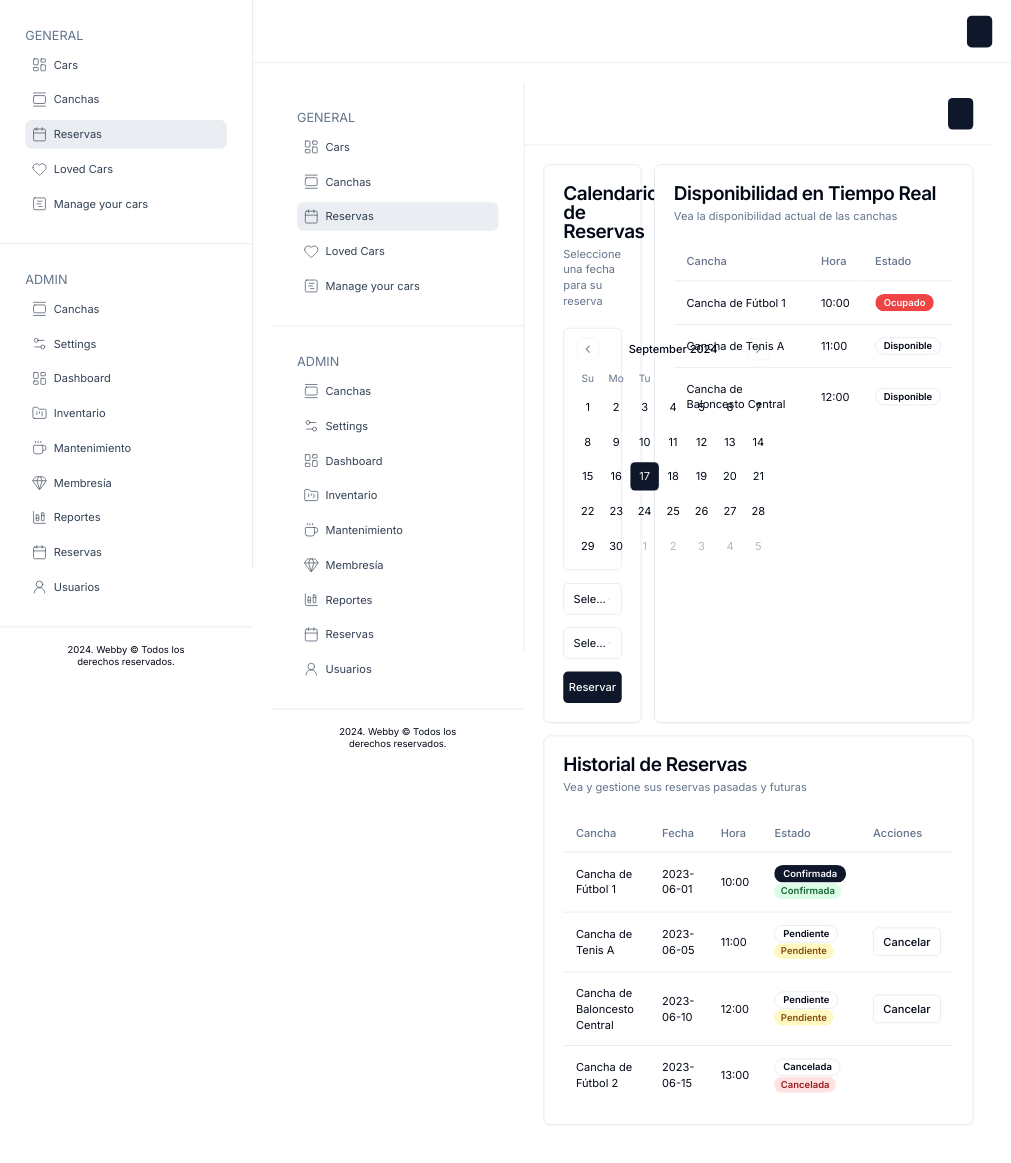
Repository: Jackson-sch/cdeporte
Page: /reservas
An editor plug-in stored every save of this project. The page is shown before and after a run of saves, followed by the edit.
The browser window is 1280 px wide. The pictures show the whole page, at 79% of full size.
The project was rebuilt for these pictures with package versions that can differ from the ones it lists, and the page was loaded fresh each time. The framework's server and built-in components were replaced by stand-ins that run in the browser. Also part of the build but not shown: next.config.mjs, src/components/ui/label.jsx, src/components/ui/input.jsx, src/components/Reservas/HistorialReserva.jsx.

Above is the page before, as saved 2024-09-17 20:17:51.

### src/app/layout.jsx
import { Inter } from "next/font/google";
import "./globals.css";
import { Toaster } from "@/components/ui/toaster";

const inter = Inter({ subsets: ["latin"] });

export const metadata = {
  title: "Create Next App",
  description: "Generated by create next app",
};

export default function RootLayout({ children }) {
  return (
    <html lang="en">
      <body className={inter.className}>
        {children}
        <Toaster />
        </body>
    </html>
  );
}

### src/app/(routes)/layout.jsx
import { NavbarDashboard } from "@/components/NavbarDashboard/NavbarDashboard";
import { Sidebar } from "@/components/Sidebar/Sidebar";




export default function LayoutDashboard({ children }) {
  return (
    <div className="flex w-full h-full">
      <div className="hidden h-full xl:block w-80 xl:fixed">
        <Sidebar />
      </div>
      <div className="w-full h-full xl:ml-80">
        <NavbarDashboard />
        <div className="p-6 h-max container">{children}</div>
      </div>
    </div>
  );
}

### src/app/(routes)/(cliente)/layout.jsx
import { NavbarDashboard } from "@/components/NavbarDashboard/NavbarDashboard";
import { Sidebar } from "@/components/Sidebar/Sidebar";




export default function LayoutDashboard({ children }) {
  return (
    <div className="flex w-full h-full">
      <div className="hidden h-full xl:block w-80 xl:fixed">
        <Sidebar />
      </div>
      <div className="w-full h-full xl:ml-80">
        <NavbarDashboard />
        <div className="p-6 h-max container">{children}</div>
      </div>
    </div>
  );
}

### src/components/ui/toaster.jsx
"use client"

import {
  Toast,
  ToastClose,
  ToastDescription,
  ToastProvider,
  ToastTitle,
  ToastViewport,
} from "@/components/ui/toast"
import { useToast } from "@/components/ui/use-toast"

export function Toaster() {
  const { toasts } = useToast()

  return (
    (<ToastProvider>
      {toasts.map(function ({ id, title, description, action, ...props }) {
        return (
          (<Toast key={id} {...props}>
            <div className="grid gap-1">
              {title && <ToastTitle>{title}</ToastTitle>}
              {description && (
                <ToastDescription>{description}</ToastDescription>
              )}
            </div>
            {action}
            <ToastClose />
          </Toast>)
        );
      })}
      <ToastViewport />
    </ToastProvider>)
  );
}

### src/components/NavbarDashboard/NavbarDashboard.jsx
import { Sheet, SheetContent, SheetTrigger } from "@/components/ui/sheet";
import {Button } from "@/components/ui/button";
import { Menu } from "lucide-react";
import { SidebarRoutes } from "../SidebarRoutes/SidebarRoutes";



export function NavbarDashboard() {
  return (
    <nav className="flex items-center justify-between w-full h-20 px-2 border-b gap-x-4 md:px-6 bg-background">
      <div className="block xl:hidden">
        <Sheet>
          <SheetTrigger className="flex items-center">
            <Menu />
          </SheetTrigger>
          <SheetContent side="left">
            <SidebarRoutes />
          </SheetContent>
        </Sheet>
      </div>
      <div className="flex items-center justify-end w-full gap-x-2">
        <Button />
      </div>
    </nav>
  );
}

### src/components/Sidebar/Sidebar.jsx
import { SidebarRoutes } from "../SidebarRoutes/SidebarRoutes";


export function Sidebar() {
  return (
    <div className="h-screen">
      <div className="flex flex-col h-full border-r">
        <SidebarRoutes />
      </div>
    </div>
  );
}

### src/components/ui/card.jsx
import * as React from "react"

import { cn } from "@/lib/utils"

const Card = React.forwardRef(({ className, ...props }, ref) => (
  <div
    ref={ref}
    className={cn("rounded-lg border bg-card text-card-foreground shadow-sm", className)}
    {...props} />
))
Card.displayName = "Card"

const CardHeader = React.forwardRef(({ className, ...props }, ref) => (
  <div
    ref={ref}
    className={cn("flex flex-col space-y-1.5 p-6", className)}
    {...props} />
))
CardHeader.displayName = "CardHeader"

const CardTitle = React.forwardRef(({ className, ...props }, ref) => (
  <h3
    ref={ref}
    className={cn("text-2xl font-semibold leading-none tracking-tight", className)}
    {...props} />
))
CardTitle.displayName = "CardTitle"

const CardDescription = React.forwardRef(({ className, ...props }, ref) => (
  <p
    ref={ref}
    className={cn("text-sm text-muted-foreground", className)}
    {...props} />
))
CardDescription.displayName = "CardDescription"

const CardContent = React.forwardRef(({ className, ...props }, ref) => (
  <div ref={ref} className={cn("p-6 pt-0", className)} {...props} />
))
CardContent.displayName = "CardContent"

const CardFooter = React.forwardRef(({ className, ...props }, ref) => (
  <div
    ref={ref}
    className={cn("flex items-center p-6 pt-0", className)}
    {...props} />
))
CardFooter.displayName = "CardFooter"

export { Card, CardHeader, CardFooter, CardTitle, CardDescription, CardContent }

### src/components/ui/button.jsx
import * as React from "react"
import { Slot } from "@radix-ui/react-slot"
import { cva } from "class-variance-authority";

import { cn } from "@/lib/utils"

const buttonVariants = cva(
  "inline-flex items-center justify-center whitespace-nowrap rounded-md text-sm font-medium ring-offset-background transition-colors focus-visible:outline-none focus-visible:ring-2 focus-visible:ring-ring focus-visible:ring-offset-2 disabled:pointer-events-none disabled:opacity-50",
  {
    variants: {
      variant: {
        default: "bg-primary text-primary-foreground hover:bg-primary/90",
        destructive:
          "bg-destructive text-destructive-foreground hover:bg-destructive/90",
        outline:
          "border border-input bg-background hover:bg-accent hover:text-accent-foreground",
        secondary:
          "bg-secondary text-secondary-foreground hover:bg-secondary/80",
        ghost: "hover:bg-accent hover:text-accent-foreground",
        link: "text-primary underline-offset-4 hover:underline",
      },
      size: {
        default: "h-10 px-4 py-2",
        sm: "h-9 rounded-md px-3",
        lg: "h-11 rounded-md px-8",
        icon: "h-10 w-10",
      },
    },
    defaultVariants: {
      variant: "default",
      size: "default",
    },
  }
)

const Button = React.forwardRef(({ className, variant, size, asChild = false, ...props }, ref) => {
  const Comp = asChild ? Slot : "button"
  return (
    (<Comp
      className={cn(buttonVariants({ variant, size, className }))}
      ref={ref}
      {...props} />)
  );
})
Button.displayName = "Button"

export { Button, buttonVariants }

### src/components/Reservas/RealTimeAvailability.jsx
'use client'
import React, { useState, useEffect } from 'react'
import { Card, CardHeader, CardTitle, CardDescription, CardContent } from "@/components/ui/card"
import { Table, TableBody, TableCell, TableHead, TableHeader, TableRow } from "@/components/ui/table"
import { Badge } from "@/components/ui/badge"

export default function RealTimeAvailability() {
  const [availability, setAvailability] = useState([])

  useEffect(() => {
    // Simulación de actualización en tiempo real
    const interval = setInterval(() => {
      const newAvailability = [
        { id: 1, court: "Cancha de Fútbol 1", time: "10:00", status: Math.random() > 0.5 ? "Disponible" : "Ocupado" },
        { id: 2, court: "Cancha de Tenis A", time: "11:00", status: Math.random() > 0.5 ? "Disponible" : "Ocupado" },
        { id: 3, court: "Cancha de Baloncesto Central", time: "12:00", status: Math.random() > 0.5 ? "Disponible" : "Ocupado" },
      ]
      setAvailability(newAvailability)
    }, 5000) // Actualiza cada 5 segundos

    return () => clearInterval(interval)
  }, [])

  return (
    <Card className="w-full h-full">
      <CardHeader>
        <CardTitle>Disponibilidad en Tiempo Real</CardTitle>
        <CardDescription>Vea la disponibilidad actual de las canchas</CardDescription>
      </CardHeader>
      <CardContent>
        <Table>
          <TableHeader>
            <TableRow>
              <TableHead>Cancha</TableHead>
              <TableHead>Hora</TableHead>
              <TableHead>Estado</TableHead>
            </TableRow>
          </TableHeader>
          <TableBody>
            {availability.map((item) => (
              <TableRow key={item.id}>
                <TableCell>{item.court}</TableCell>
                <TableCell>{item.time}</TableCell>
                <TableCell>
                  <Badge variant={item.status === "Disponible" ? "success" : "destructive"}>
                    {item.status}
                  </Badge>
                </TableCell>
              </TableRow>
            ))}
          </TableBody>
        </Table>
      </CardContent>
    </Card>
  )
}

### src/components/Reservas/ReservationHistory.jsx
"0use client";
import React, { useState } from "react";
import {
  Card,
  CardHeader,
  CardTitle,
  CardDescription,
  CardContent,
} from "@/components/ui/card";
import {
  Table,
  TableBody,
  TableCell,
  TableHead,
  TableHeader,
  TableRow,
} from "@/components/ui/table";
import { Button } from "@/components/ui/button";
import {
  Dialog,
  DialogTrigger,
  DialogContent,
  DialogHeader,
  DialogTitle,
  DialogDescription,
  DialogFooter,
} from "@/components/ui/dialog";
import { Badge } from "../ui/badge";

export default function ReservationHistory() {
  const [reservations, setReservations] = useState([
    {
      id: 1,
      court: "Cancha de Fútbol 1",
      date: "2023-06-01",
      time: "10:00",
      status: "Confirmada",
    },
    {
      id: 2,
      court: "Cancha de Tenis A",
      date: "2023-06-05",
      time: "11:00",
      status: "Pendiente",
    },
    {
      id: 3,
      court: "Cancha de Baloncesto Central",
      date: "2023-06-10",
      time: "12:00",
      status: "Pendiente",
    },
    {
      id: 4,
      court: "Cancha de Fútbol 2",
      date: "2023-06-15",
      time: "13:00",
      status: "Cancelada",
    },
  ]);

  const [selectedReservation, setSelectedReservation] = useState(null);
  const [isDialogOpen, setIsDialogOpen] = useState(false);

  const handleCancel = (id) => {
    setReservations(
      reservations.map((res) =>
        res.id === id ? { ...res, status: "Cancelada" } : res
      )
    );
    setIsDialogOpen(false);
  };

  return (
    <Card className="w-full">
      <CardHeader>
        <CardTitle>Historial de Reservas</CardTitle>
        <CardDescription>
          Vea y gestione sus reservas pasadas y futuras
        </CardDescription>
      </CardHeader>
      <CardContent>
        <Table>
          <TableHeader>
            <TableRow>
              <TableHead>Cancha</TableHead>
              <TableHead>Fecha</TableHead>
              <TableHead>Hora</TableHead>
              <TableHead>Estado</TableHead>
              <TableHead>Acciones</TableHead>
            </TableRow>
          </TableHeader>
          <TableBody>
            {reservations.map((reservation) => (
              <TableRow key={reservation.id}>
                <TableCell>{reservation.court}</TableCell>
                <TableCell>{reservation.date}</TableCell>
                <TableCell>{reservation.time}</TableCell>
                <TableCell>
                  <Badge
                    variant={
                      reservation.status === "Confirmada"
                        ? "default"
                        : reservation.status === "Cancelada"
                        ? "error"
                        : "warning"
                    }
                  >
                    {reservation.status}
                  </Badge>
                  <span
                    className={`px-2 inline-flex text-xs leading-5 font-semibold rounded-full
                    ${
                      reservation.status === "Confirmada"
                        ? "bg-green-100 text-green-800"
                        : reservation.status === "Cancelada"
                        ? "bg-red-100 text-red-800"
                        : "bg-yellow-100 text-yellow-800"
                    }`}
                  >
                    {reservation.status}
                  </span>
                </TableCell>
                <TableCell>
                  {reservation.status === "Pendiente" && (
                    <Dialog open={isDialogOpen} onOpenChange={setIsDialogOpen}>
                      <DialogTrigger asChild>
                        <Button
                          variant="outline"
                          size="sm"
                          onClick={() => setSelectedReservation(reservation)}
                        >
                          Cancelar
                        </Button>
                      </DialogTrigger>
                      <DialogContent>
                        <DialogHeader>
                          <DialogTitle>Confirmar Cancelación</DialogTitle>
                          <DialogDescription>
                            ¿Está seguro que desea cancelar esta reserva?
                          </DialogDescription>
                        </DialogHeader>
                        <DialogFooter>
                          <Button
                            variant="outline"
                            onClick={() => setIsDialogOpen(false)}
                          >
                            No, mantener reserva
                          </Button>
                          <Button
                            variant="destructive"
                            onClick={() => handleCancel(selectedReservation.id)}
                          >
                            Sí, cancelar reserva
                          </Button>
                        </DialogFooter>
                      </DialogContent>
                    </Dialog>
                  )}
                </TableCell>
              </TableRow>
            ))}
          </TableBody>
        </Table>
      </CardContent>
    </Card>
  );
}

### src/components/SidebarRoutes/SidebarRoutes.jsx
"use client";

import { Separator } from "@/components/ui/separator";
import { dataAdminSidebar, dataGeneralSidebar } from "./SidebarRoute.data";
import { SidebarItem } from "./SidebarItem/SidebarItem";



export function SidebarRoutes() {

  return (
    <div className="flex flex-col justify-between h-full">
      <div>
        <div className="p-4 md:p-8">
          <p className="mb-2 text-slate-500">GENERAL</p>
          {dataGeneralSidebar.map((item) => (
            <SidebarItem key={item.label} item={item} />
          ))}
        </div>

        <Separator />

          <div className="p-4 md:p-8">
            <p className="mb-2 text-slate-500">ADMIN</p>
            {dataAdminSidebar.map((item) => (
              <SidebarItem key={item.label} item={item} />
            ))}
          </div>
      </div>

      <div>
        <Separator />

        <footer className="px-6 py-2 mt-3 text-center text-xs text-pretty">
          2024. Webby © Todos los derechos reservados.
        </footer>
      </div>
    </div>
  );
}

### src/components/ui/table.jsx
import * as React from "react"

import { cn } from "@/lib/utils"

const Table = React.forwardRef(({ className, ...props }, ref) => (
  <div className="relative w-full overflow-auto">
    <table
      ref={ref}
      className={cn("w-full caption-bottom text-sm", className)}
      {...props} />
  </div>
))
Table.displayName = "Table"

const TableHeader = React.forwardRef(({ className, ...props }, ref) => (
  <thead ref={ref} className={cn("[&_tr]:border-b", className)} {...props} />
))
TableHeader.displayName = "TableHeader"

const TableBody = React.forwardRef(({ className, ...props }, ref) => (
  <tbody
    ref={ref}
    className={cn("[&_tr:last-child]:border-0", className)}
    {...props} />
))
TableBody.displayName = "TableBody"

const TableFooter = React.forwardRef(({ className, ...props }, ref) => (
  <tfoot
    ref={ref}
    className={cn("border-t bg-muted/50 font-medium [&>tr]:last:border-b-0", className)}
    {...props} />
))
TableFooter.displayName = "TableFooter"

const TableRow = React.forwardRef(({ className, ...props }, ref) => (
  <tr
    ref={ref}
    className={cn(
      "border-b transition-colors hover:bg-muted/50 data-[state=selected]:bg-muted",
      className
    )}
    {...props} />
))
TableRow.displayName = "TableRow"

const TableHead = React.forwardRef(({ className, ...props }, ref) => (
  <th
    ref={ref}
    className={cn(
      "h-12 px-4 text-left align-middle font-medium text-muted-foreground [&:has([role=checkbox])]:pr-0",
      className
    )}
    {...props} />
))
TableHead.displayName = "TableHead"

const TableCell = React.forwardRef(({ className, ...props }, ref) => (
  <td
    ref={ref}
    className={cn("p-4 align-middle [&:has([role=checkbox])]:pr-0", className)}
    {...props} />
))
TableCell.displayName = "TableCell"

const TableCaption = React.forwardRef(({ className, ...props }, ref) => (
  <caption
    ref={ref}
    className={cn("mt-4 text-sm text-muted-foreground", className)}
    {...props} />
))
TableCaption.displayName = "TableCaption"

export {
  Table,
  TableHeader,
  TableBody,
  TableFooter,
  TableHead,
  TableRow,
  TableCell,
  TableCaption,
}

### src/components/ui/badge.jsx
import * as React from "react"
import { cva } from "class-variance-authority";

import { cn } from "@/lib/utils"

const badgeVariants = cva(
  "inline-flex items-center rounded-full border px-2.5 py-0.5 text-xs font-semibold transition-colors focus:outline-none focus:ring-2 focus:ring-ring focus:ring-offset-2",
  {
    variants: {
      variant: {
        default:
          "border-transparent bg-primary text-primary-foreground hover:bg-primary/80",
        secondary:
          "border-transparent bg-secondary text-secondary-foreground hover:bg-secondary/80",
        destructive:
          "border-transparent bg-destructive text-destructive-foreground hover:bg-destructive/80",
        outline: "text-foreground",
      },
    },
    defaultVariants: {
      variant: "default",
    },
  }
)

function Badge({
  className,
  variant,
  ...props
}) {
  return (<div className={cn(badgeVariants({ variant }), className)} {...props} />);
}

export { Badge, badgeVariants }

### src/components/SidebarRoutes/SidebarRoute.data.jsx
import {
  Calendar,
  Car,
  ChartColumnStacked,
  Coffee,
  FolderKanban,
  GalleryVertical,
  Gem,
  Heart,
  LayoutDashboard,
  Settings2,
  SquareGanttChart,
  User2,
} from "lucide-react";

export const dataGeneralSidebar = [
  {
    icon: LayoutDashboard,
    label: "Cars",
    href: "/dashboard",
  },
  {
    icon: GalleryVertical,
    label: "Canchas",
    href: "/canchas",
  },
  {
    icon: Calendar,
    label: "Reservas",
    href: "/reservas",
  },
  {
    icon: Heart,
    label: "Loved Cars",
    href: "/loved-cars",
  },
  {
    icon: SquareGanttChart,
    label: "Manage your cars",
    href: "/canchitas",
  },
];

export const dataAdminSidebar = [
  {
    icon: GalleryVertical,
    label: "Canchas",
    href: "/admin/canchas",
  },
  {
    icon: Settings2,
    label: "Settings",
    href: "/admin/configuracion",
  },
  {
    icon: LayoutDashboard,
    label: "Dashboard",
    href: "/admin/dashboard",
  },
  {
    icon: FolderKanban,
    label: "Inventario",
    href: "/admin/inventario",
  },
  {
    icon: Coffee,
    label: "Mantenimiento",
    href: "/admin/mantenimiento",
  },
  {
    icon: Gem,
    label: "Membresía",
    href: "/admin/membresia",
  },
  {
    icon: ChartColumnStacked,
    label: "Reportes",
    href: "/admin/reportes",
  },
  {
    icon: Calendar,
    label: "Reservas",
    href: "/admin/reservas",
  },
  {
    icon: User2,
    label: "Usuarios",
    href: "/admin/usuarios",
  },
];

### src/components/SidebarRoutes/SidebarItem/SidebarItem.jsx
import Link from "next/link";
import { cn } from "@/lib/utils";
import { usePathname } from "next/navigation";

export function SidebarItem({item}) {
  const { href, icon: Icon, label } = item;

  const pathname = usePathname();

  const activePath = pathname === href;

  return (
    <Link
      href={href}
      className={cn(
        `flex gap-x-2 mt-2 text-slate-700 text-sm items-center hover:bg-slate-300/20 p-2 rounded-lg cursor-pointer`,
        activePath && "bg-slate-400/20"
      )}
    >
      <Icon className="h-5 w-5" strokeWidth={1} />
      {label}
    </Link>
  );
}

Loaded but not shown: src/app/globals.css (common file); src/lib/utils.js (common file); src/components/ui/separator.jsx (common file); tailwind.config.js (common file); src/components/ui/use-toast.js (155 lines, source omitted); src/app/(routes)/(cliente)/reservas/page.jsx (172 lines, source omitted); src/components/ui/select.jsx (122 lines, source omitted); src/components/ui/toast.jsx (83 lines, source omitted); src/components/ui/sheet.jsx (109 lines, source omitted); src/components/ui/dialog.jsx (96 lines, source omitted); src/components/ui/calendar.jsx (62 lines, source omitted)

After the next 3 saves:
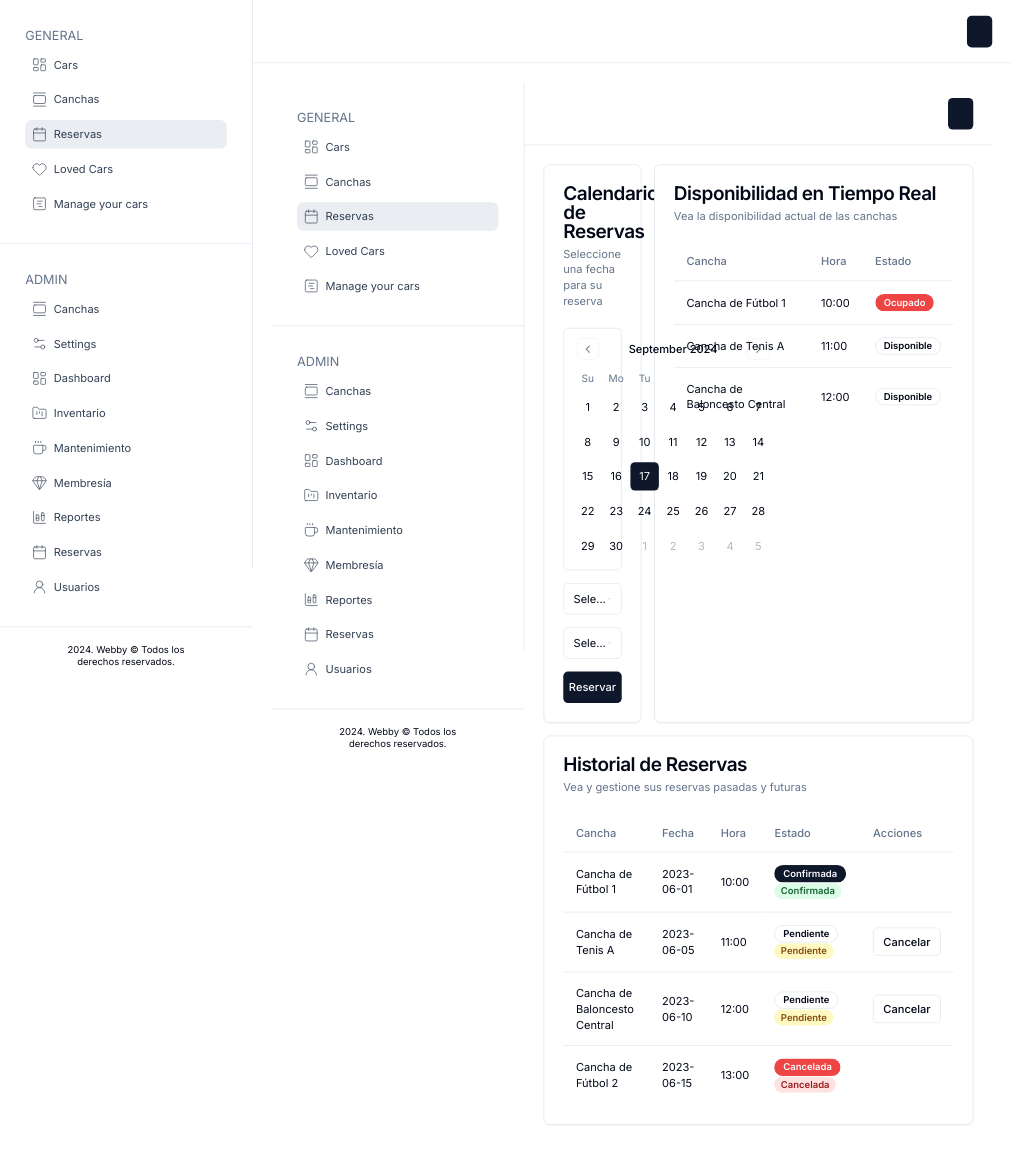
The 3 saves are shown as one change because they came seconds apart.
The last was saved 13 s later.
--- a/src/components/Reservas/ReservationHistory.jsx
+++ b/src/components/Reservas/ReservationHistory.jsx
@@ -102,7 +102,7 @@ export default function ReservationHistory() {
                       reservation.status === "Confirmada"
                         ? "default"
                         : reservation.status === "Cancelada"
-                        ? "error"
+                        ? "destructive"
                         : "warning"
                     }
                   >
